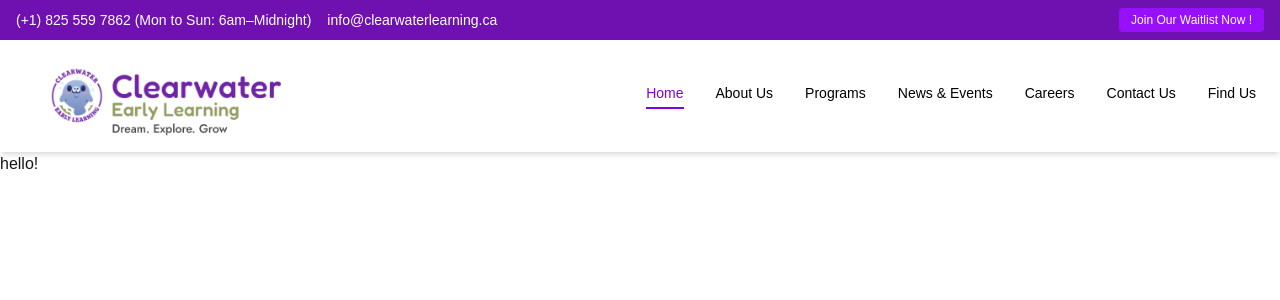
Repository: harshikabodekar/Daycare-Site
Page: /about-us
An editor plug-in stored every save of this project. The page is shown before and after the next save, followed by the edit.
The browser window is 1280 px wide. The pictures show the whole page.
The project was rebuilt for these pictures with package versions that can differ from the ones it lists, and the page was loaded fresh each time. The framework's server and built-in components were replaced by stand-ins that run in the browser. Also part of the build but not shown: next.config.mjs.

Above is the page before, as saved 2025-06-23 11:17:30.

### app/about-us/page.jsx
import About from "@/components/about/About";
import Image from "next/image";
export default function Page() {
    return (
<div>
    <About/>
</div>

    );
}

### components/about/About.jsx
import Image from "next/image";
import Navbar from "../home/Navbar";
export default function About() {
    return (
<>
<Navbar/>
 <div classname="bg-white text-black flex items-center justify center">
        hello!
      </div>




</>
    );
}

### components/home/Navbar.jsx
import React from 'react';

export default function Navbar() {
  return (
    <div className="w-full shadow-md">
      {/* Top Contact Bar */}
      <div className="bg-purple-800 text-white text-sm flex justify-between items-center px-4 py-2">
        <div className="flex items-center space-x-4">
          <div className="flex items-center justify-center space-x-1">
            <span>(+1) 825 559 7862 (Mon to Sun: 6am–Midnight)</span>
          </div>
          <div className="flex items-center justify-center space-x-1">
            <span>info@clearwaterlearning.ca</span>
          </div>
        </div>
        <div className="flex items-center space-x-2">
          <button className="bg-purple-600 hover:bg-purple-700 text-white text-xs px-3 py-1 rounded">
            Join Our Waitlist Now !
          </button>
        </div>
      </div>

      {/* Logo and Nav */}
      <div className="bg-white flex justify-between items-center px-6 py-4">
        <div className="flex items-center space-x-2">
          <img src="/logo.jpg" alt="Clearwater Logo" className="h-20 w-auto" />
        </div>
        <div className="flex space-x-8 font-medium text-sm text-black">
          <a href="#" className="text-purple-700 border-b-2 border-purple-700 pb-1">Home</a>
          <a href="#" className="hover:text-purple-600">About Us</a>
          <a href="#" className="hover:text-purple-600">Programs</a>
          <a href="#" className="hover:text-purple-600">News & Events</a>
          <a href="#" className="hover:text-purple-600">Careers</a>
          <a href="#" className="hover:text-purple-600">Contact Us</a>
          <a href="#" className="hover:text-purple-600">Find Us</a>
        </div>
      </div>
    </div>
  );
}

Loaded but not shown: app/layout.js (common file); app/globals.css (common file)

After the next save:
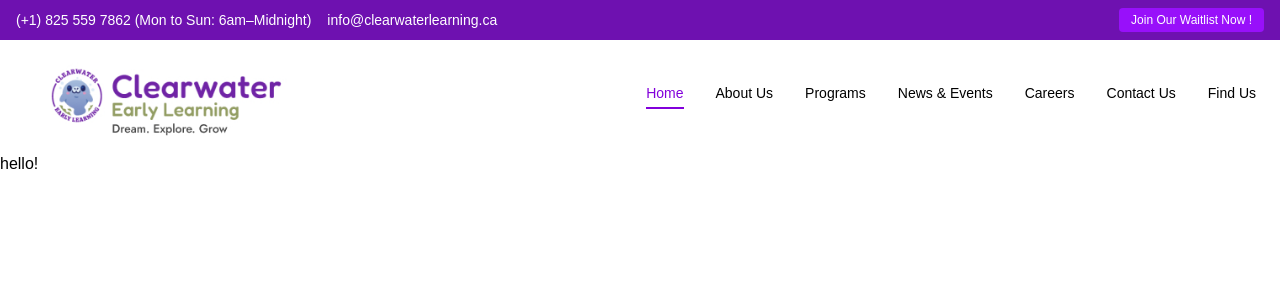
Saved 17 s later.
--- a/components/about/About.jsx
+++ b/components/about/About.jsx
@@ -4,7 +4,7 @@
     return (
 <>
 <Navbar/>
- <div classname="bg-white text-black flex items-center justify center">
+ <div className="bg-white text-black flex items-center justify center">
         hello!
       </div>
 
